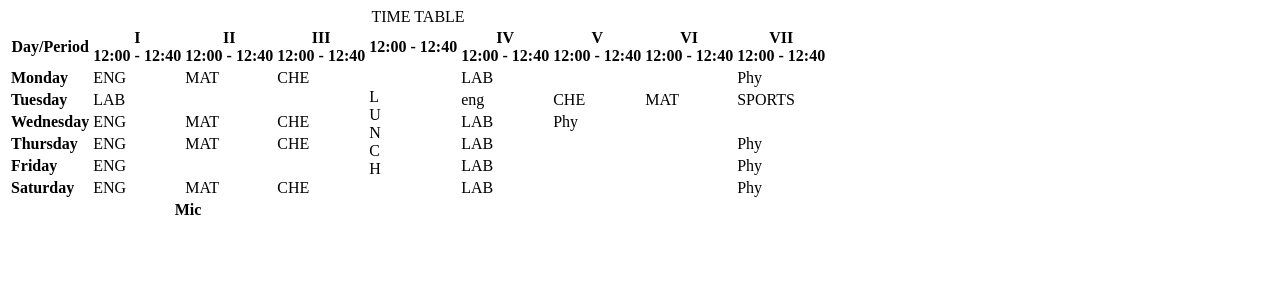
Repository: MicTomm/corso-frontend
Page: HTML/tabella/index.html
These files come from the project's save history. The page is drawn as it stood at one moment and after the next save; the edit follows.
The browser window is 1280 px wide. The pictures show the whole page.

Above is the page before, as saved 2023-11-07 16:48:51.

### HTML/tabella/index.html
<!DOCTYPE html>
<html lang="it">

<head>
  <meta charset="UTF-8">
  <meta name="viewport" content="width=device-width, initial-scale=1.0">
  <title>Ta-bella</title>
</head>

<body>
  <table>
    <caption>TIME TABLE</caption>
    <thead>
      <tr>
        <th>Day/Period</th>
        <th>I <br />12:00 - 12:40</th>
        <th>II <br />12:00 - 12:40</th>
        <th>III <br />12:00 - 12:40</th>
        <th>12:00 - 12:40</th>
        <th>IV <br />12:00 - 12:40</th>
        <th>V <br />12:00 - 12:40</th>
        <th>VI <br />12:00 - 12:40</th>
        <th>VII <br />12:00 - 12:40</th>
      </tr>
    </thead>

    <tbody>
      <tr>
        <td><b>Monday</b></td>
        <td>ENG</td>
        <td>MAT</td>
        <td>CHE</td>
        <td rowspan="6">L<br/>U<br/>N<br/>C<br/>H</td>
        <td colspan="3">LAB</td>
        <td>Phy</td>
      </tr>
      <tr>
        <td><b>Tuesday</b></td>
        <td colspan="3">LAB</td>
        <td>eng</td>
        <td>CHE</td>
        <td>MAT</td>
        <td>SPORTS</td>
      </tr>
      <tr>
        <td><b>Wednesday</b></td>
        <td>ENG</td>
        <td>MAT</td>
        <td>CHE</td>
        <td>LAB</td>
        <td colspan="3">Phy</td>
      </tr>
      <tr>
        <td><b>Thursday</b></td>
        <td>ENG</td>
        <td>MAT</td>
        <td>CHE</td>
        <td colspan="3">LAB</td>
        <td>Phy</td>
      </tr>
      <tr>
        <td><b>Friday</b></td>
        <td colspan="3">ENG</td>
        <td colspan="3">LAB</td>
        <td>Phy</td>
      </tr>
      <tr>
        <td><b>Saturday</b></td>
        <td>ENG</td>
        <td>MAT</td>
        <td>CHE</td>
        <td colspan="3">LAB</td>
        <td>Phy</td>
      </tr>
    </tbody>

    <tfoot>
      <tr>
        <th colspan="4">Mic</th>
      </tr>
    </tfoot>
  </table>
</body>

</html>

After the next save:
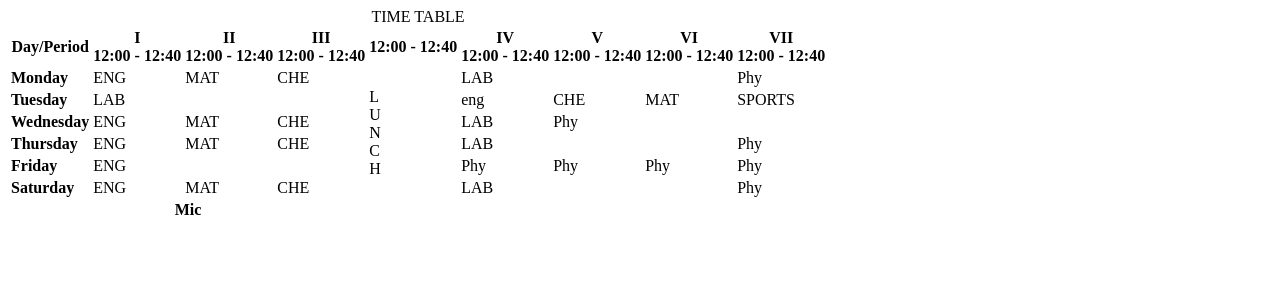
Saved 60 s later.
--- a/HTML/tabella/index.html
+++ b/HTML/tabella/index.html
@@ -61,7 +61,9 @@
       <tr>
         <td><b>Friday</b></td>
         <td colspan="3">ENG</td>
-        <td colspan="3">LAB</td>
+        <td>Phy</td>
+        <td>Phy</td>
+        <td>Phy</td>
         <td>Phy</td>
       </tr>
       <tr>
